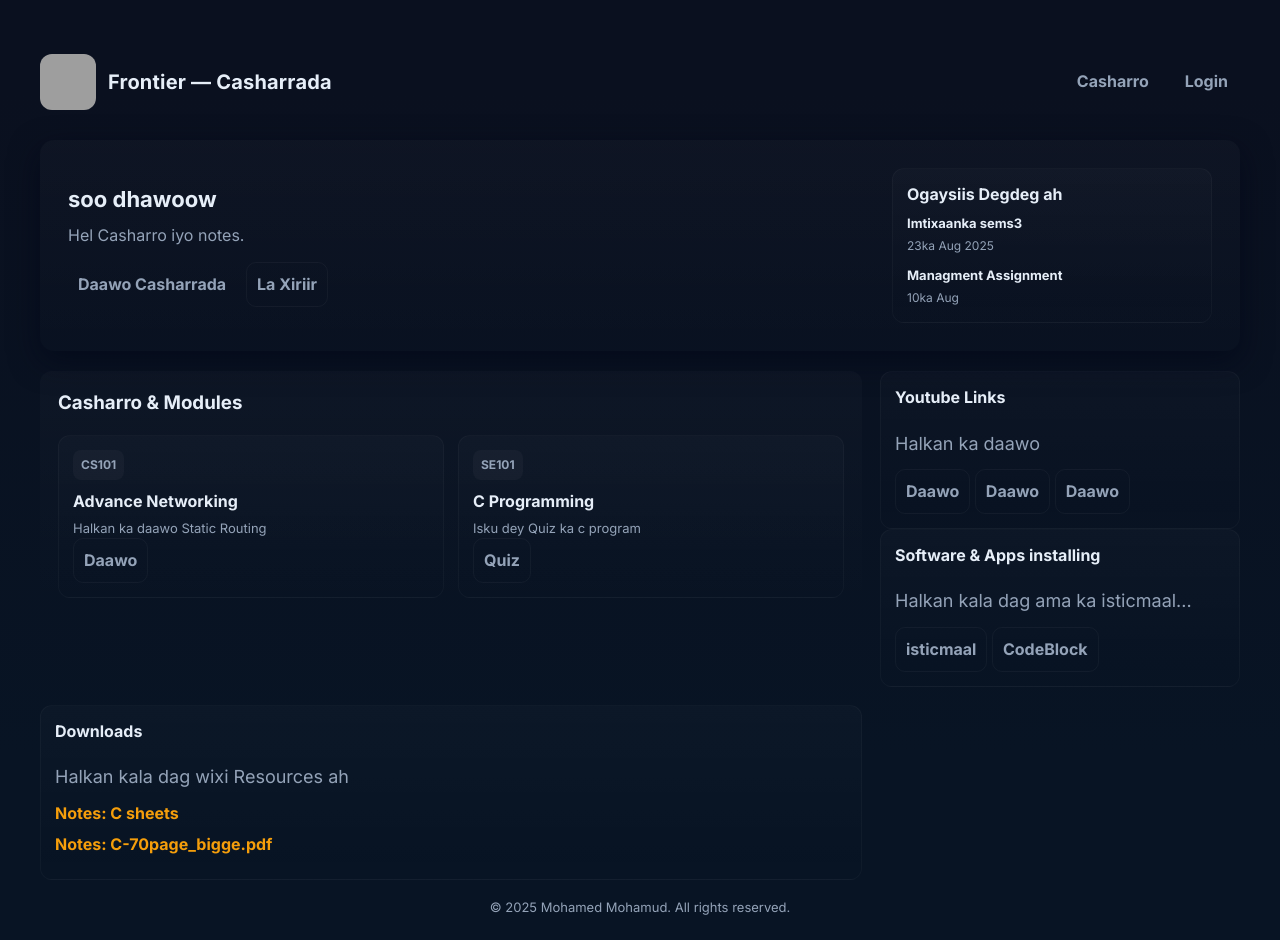
Repository: mrfiiqane/Al-Tacaawun.com
Page: index.html
An editor plug-in stored every save of this project. The page is shown before and after the next save, followed by the edit.
The browser window is 1280 px wide. The pictures show the whole page.
Pictures or frames that could not be fetched are drawn as grey boxes.

Above is the page before, as saved 2025-08-12 09:02:59.

After the next save:
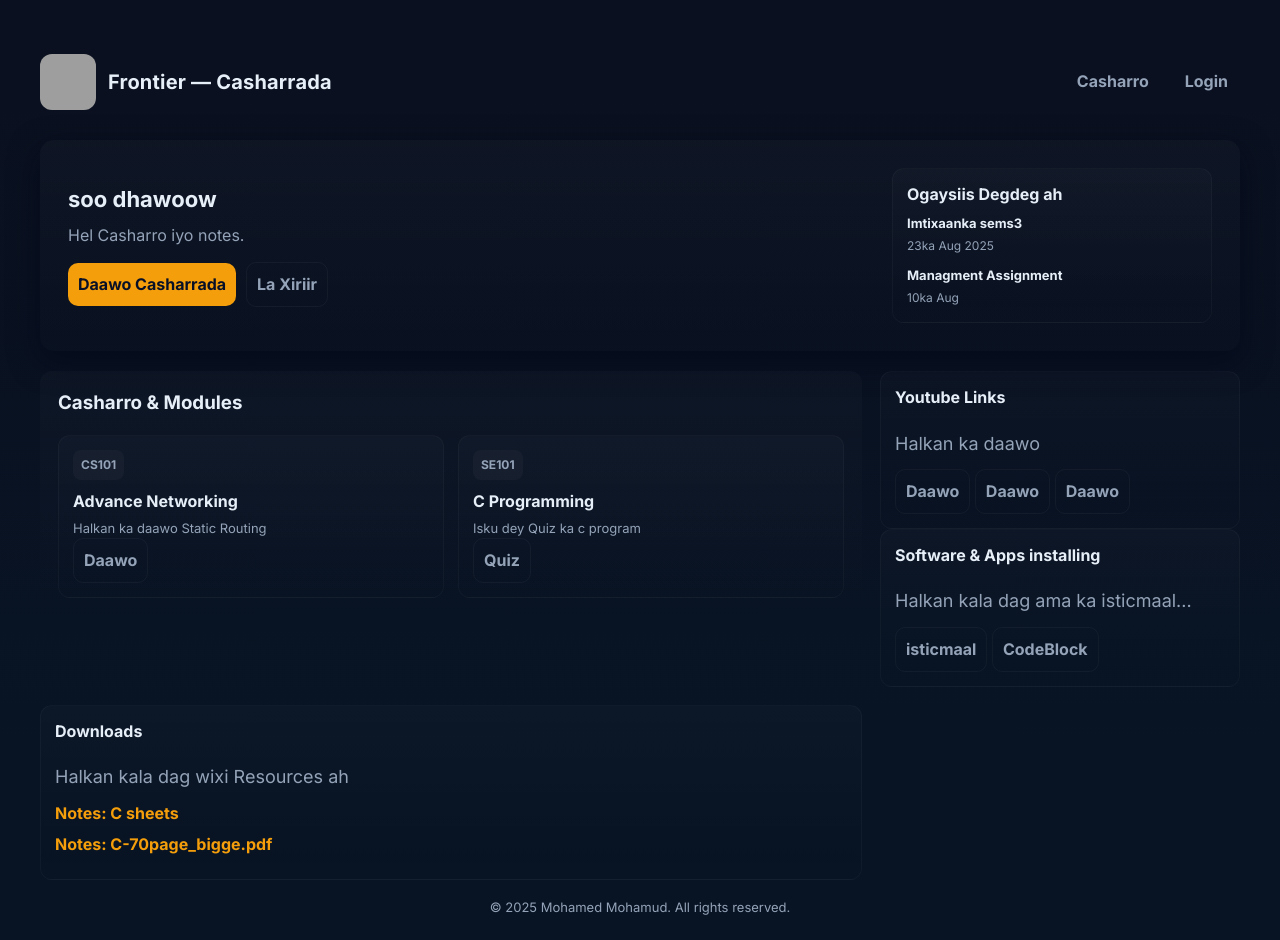
Saved 18 s later.
--- a/style.css
+++ b/style.css
@@ -96,8 +96,8 @@
 
     .cta-row{ display:flex; gap:10px; align-items:center }
     .btn{
-      background:transparent;
-      color:var(--muted);
+      background:var(--accent);
+      color:#081028;
       padding:10px;
       border-radius:10px;
       font-weight:700;
